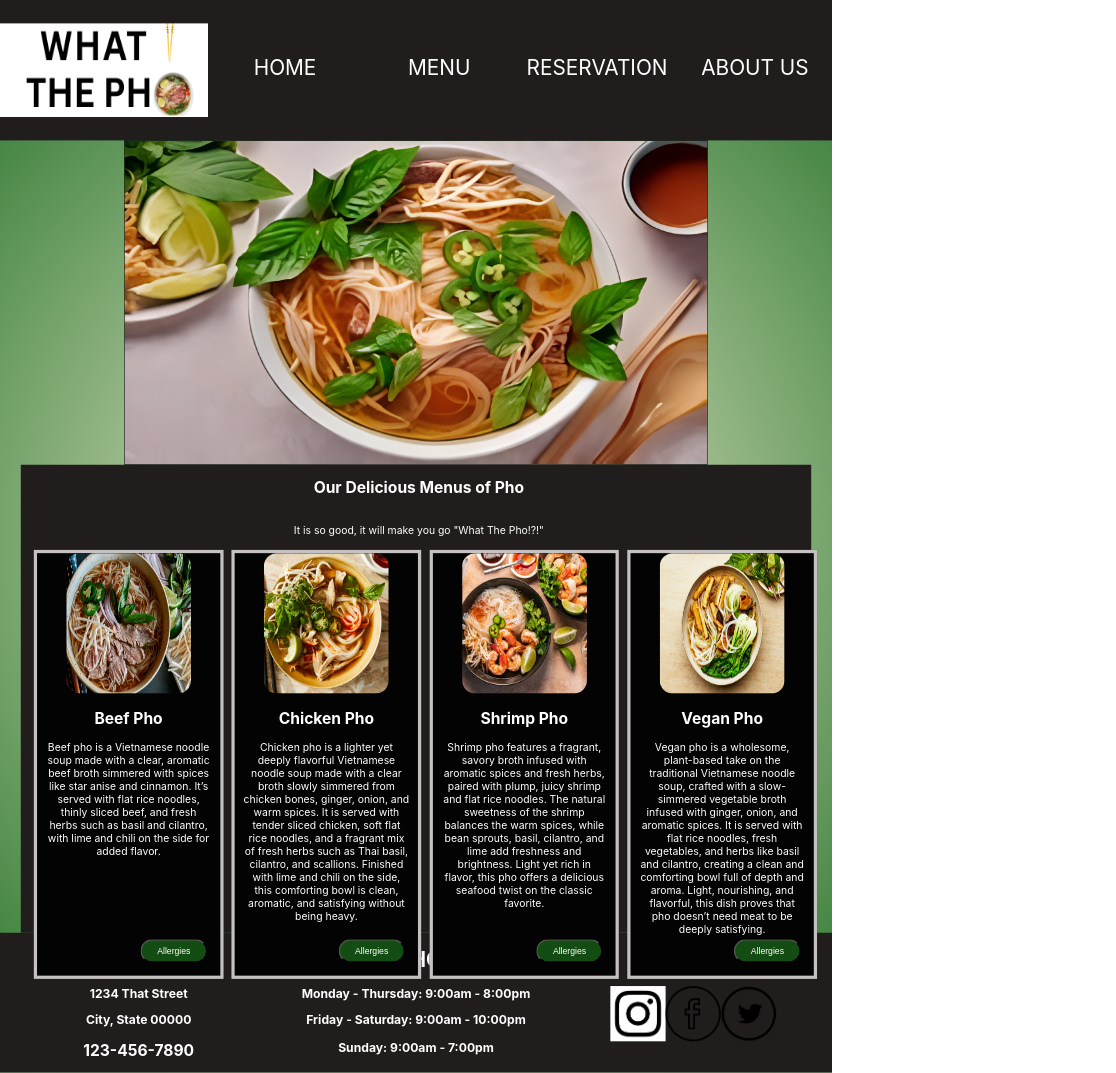
Repository: NguyenkhDang/Restaurant-Website
Page: /
The author's editor kept a copy of each file at every save. The page is drawn from the files as they stood at one save, then again after the next save.
The browser window is 1280 px wide. The page is 1280 px wide, then 1717 px, so the pictures cover 1717 px, including what lies to the right of the window. The pictures show the whole page, at 65% of full size.
The project was rebuilt for these pictures with package versions that can differ from the ones it lists, and the page was loaded fresh each time.

Above is the page before, as saved 2026-01-16 17:48:00.

### src/App.js
import BackgroundImage from "./image/pho.jpg"
import BeefPho from "./image/beefPho.png"
import ChickenPho from "./image/chickenPho.jpg"
import ShrimpPho from "./image/shrimpPho.png"
import VeganPho from "./image/veganPho.jpg"
import './App.css';
import NavigationBar from './NavigationBar';
import Footer from "./Footer"

import ReadMore from "./Readmore"
function App() {


  return (
    <div className="home">
      <NavigationBar />
      <img
        src={BackgroundImage}
        style={{maxWidth: "70vw", height: "auto", border: "1px solid black"}}
        alt="Pho Photo"
        />


      <div className="menu">
        <h2>Our Delicious Menus of Pho</h2>
        <p>It is so good, it will make you go "What The Pho!?!"</p>
        <div className="foodContainer">
          <div>
            <ReadMore
            image={BeefPho}
            title="Beef Pho"
            description="Beef pho is a Vietnamese noodle soup made with a clear, aromatic beef broth simmered with spices like star anise and cinnamon. It’s served with flat rice noodles, thinly sliced beef, and fresh herbs such as basil and cilantro, with lime and chili on the side for added flavor."
            allergies={[
              "Soy: hoisin sauce, soy sauce",
              "Fish: fish sauce",
              "Gluten: possible in sauces",
              "Shellfish: may be present",
              "Spices: star anise, cinnamon, cloves"
            ]}
          />

          </div>
          <div>
            <ReadMore
            image={ChickenPho}
            title="Chicken Pho"
            description="Chicken pho is a lighter yet deeply flavorful Vietnamese noodle soup made with a clear broth slowly simmered from chicken bones, ginger, onion, and warm spices. It is served with tender sliced chicken, soft flat rice noodles, and a fragrant mix of fresh herbs such as Thai basil, cilantro, and scallions. Finished with lime and chili on the side, this comforting bowl is clean, aromatic, and satisfying without being heavy."
            allergies={[
              "Soy: sauces",
              "Fish: fish sauce",
              "Spices: ginger, coriander"
            ]}
          />
          </div>
          <div>
            <ReadMore
            image={ShrimpPho}
            title="Shrimp Pho"
            description="Shrimp pho features a fragrant, savory broth infused with aromatic spices and fresh herbs, paired with plump, juicy shrimp and flat rice noodles. The natural sweetness of the shrimp balances the warm spices, while bean sprouts, basil, cilantro, and lime add freshness and brightness. Light yet rich in flavor, this pho offers a delicious seafood twist on the classic favorite."
            allergies={[
              "Shellfish: shrimp",
              "Fish: fish sauce",
              "Soy: sauces"
            ]}
          />
          </div>
          <div>
            <ReadMore
            image={VeganPho}
            title="Vegan Pho"
            description="Vegan pho is a wholesome, plant-based take on the traditional Vietnamese noodle soup, crafted with a slow-simmered vegetable broth infused with ginger, onion, and aromatic spices. It is served with flat rice noodles, fresh vegetables, and herbs like basil and cilantro, creating a clean and comforting bowl full of depth and aroma. Light, nourishing, and flavorful, this dish proves that pho doesn’t need meat to be deeply satisfying."
            allergies={[
              "Soy: tofu, sauces",
              "Gluten: possible in sauces"
            ]}
          />
          </div>
        </div>
      </div>

      <Footer />
  </div>
);
}

export default App;

### src/App.css
html{
  -ms-overflow-style: none;  /* IE and Edge */
  scrollbar-width: none;
}

.home {
  display: grid;
  margin: 0;
  padding: 0;

  background: radial-gradient(
    circle,
    rgba(245, 240, 213, 1) 0%,
    rgba(38, 115, 42, 1) 100%
  );
  place-items: center;
  text-align: center;
  color: white;
}

.menu {
  display: grid;
  grid-template-rows: repeat(3, 1fr);
  place-items: center;
  gap: 5px;

  width: 95vw;
  height: 100vh;
  margin: 0 2vw;

  background-color: rgb(34, 29, 29);
}

.foodContainer {
  display: grid;
  grid-template-columns: repeat(4, 1fr);
  place-items: center;
  height: auto;
  gap: 1vw;
  padding: 0;
  margin-left: 20px;
}


#label{
  font-weight: bolder;
  font-size: 1.25em;
}
html::-webkit-scrollbar {
  display: none;
}

### src/NavigationBar.js
import "./CSS/NavigationBar.css"
import Logo from "./image/CustomLogo2.png"
const NavigationBar = () =>{



  return (
    <div className="navbar">
      <div className="logoImage">
        <img src= {Logo} />
      </div>
      <div className="wholeNavBar">
        <ul>
          <li>
            <a>HOME</a>
          </li>
          <li>
            <a>MENU</a>
          </li>
          <li>
            <a>RESERVATION</a>
          </li>
          <li>
            <a>ABOUT US</a>
          </li>
        </ul>

      </div>
    </div>
  )


}

export default NavigationBar

### src/Footer.js
import "./CSS/Footer.css"
import InstagramIcon from "./image/instagramIcon.png"
import FacebookIcon from "./image/facebookIcon.png"
import TwitterIcon from "./image/twitterIcon.png"
const Footer = () =>{

  return(
    <div className="footer">
      <div>
        <h1>VISIT US:</h1>
        <h3>1234 That Street</h3>
        <h3>City, State 00000</h3>

        <h2>123-456-7890</h2>
      </div>
      <div>
        <h1>OPEN HOURS</h1>
        <h3>Monday - Thursday: 9:00am - 8:00pm</h3>
        <h3>Friday - Saturday: 9:00am - 10:00pm</h3>
        <h3>Sunday: 9:00am - 7:00pm</h3>
      </div>
      <div>
        <h1>SOCIAL</h1>
        <a href="https://www.instagram.com/" target="_blank"><img src={InstagramIcon}/></a>
        <a href="https://www.facebook.com/" target="_blank"><img src={FacebookIcon}/></a>
        <a href="https://x.com/" target="_blank"><img src={TwitterIcon}/></a>
      </div>

    </div>
  )

}

export default Footer

### src/Readmore.js
import { useState } from "react";
import "./CSS/Readmore.css"
function ReadMore({ image, title, description, allergies }) {
  const [showMore, setShowMore] = useState(false);

  return (
    <div className={`descriptionContainer ${showMore ? "isExpand ": ""}`}>
      <img src={image} style={{ width: "15vw", height: "30vh" }} alt={title} />

      <h2>{title}</h2>

      <p>
        {description}

        {showMore && (
          <ul className="list">
            {allergies.map((item, index) => (
              <li key={index}>{item}</li>
            ))}
          </ul>
        )}
      </p>

      <button onClick={() => setShowMore(!showMore)}>
        {showMore ? "Close" : "Allergies"}
      </button>
    </div>
  );
}
export default ReadMore;

### src/CSS/NavigationBar.css
.navbar{
  background-color: rgb(34, 29, 29);
  display: grid;
  grid-template-columns: 25% 75%;
  width: 100vw;
  height: 25vh;
  padding-top: 5vh;
}
.wholeMavBar{
  float: right;
  height: 10vh;
}

.logoImage img{
  height: 20vh;
  width: 25vw;
  object-fit: fill;
  object-position: center;
}

ul{
  align-items: center;
  list-style-type: none;
  display: grid;
  place-items: center;
  grid-template-columns: 1fr 1fr 1fr 1fr;
  margin-top: 5%;
  padding: 0;
}
li a{
  font-size: 2em;
  text-align: center;
  padding: 14px 16px;
}

li a:hover{
  background-color: #c5b1b1;
}

### src/CSS/Footer.css
.footer{
  background-color: rgb(34, 29, 29);
  display: grid;
  grid-template-columns: repeat(3, 1fr);
  width: 100vw;
}

.footer img{
  width: 20%;
}

### src/CSS/Readmore.css
.descriptionContainer{
  display: block;
  width: 20vw;
  height: auto;
  min-height: 650px;
  padding-top: 2.5vh;
  position: relative;
  overflow: hidden;
  transition: all 0.5s ease-in-out;
  background-color: rgb(3, 3, 3);
  border: 5px solid rgb(197, 193, 193);
  padding: 0 1vw;
  margin-bottom: 50px ;
}
.descriptionContainer.isExpand{
  min-height: 720px;
}
.descriptionContainer img{
  width: 20%;
  height: 20%;
  border-radius: 20px;
}
.list{
  display: grid;
  grid-template-columns: repeat(1, 1fr);
}
.list li{
  height: auto;
  width: 70%;
}

button{
  background-color: rgb(19, 77, 19);
  position: absolute;
  bottom: 20px;
  right: 20px;
  height: 5vh;
  width: 8vw;
  border-radius: 50px ;
  color: white
}

Loaded but not shown: public/index.html (common file); src/index.js (common file); src/index.css (common file); src/reportWebVitals.js (common file)

After the next save:
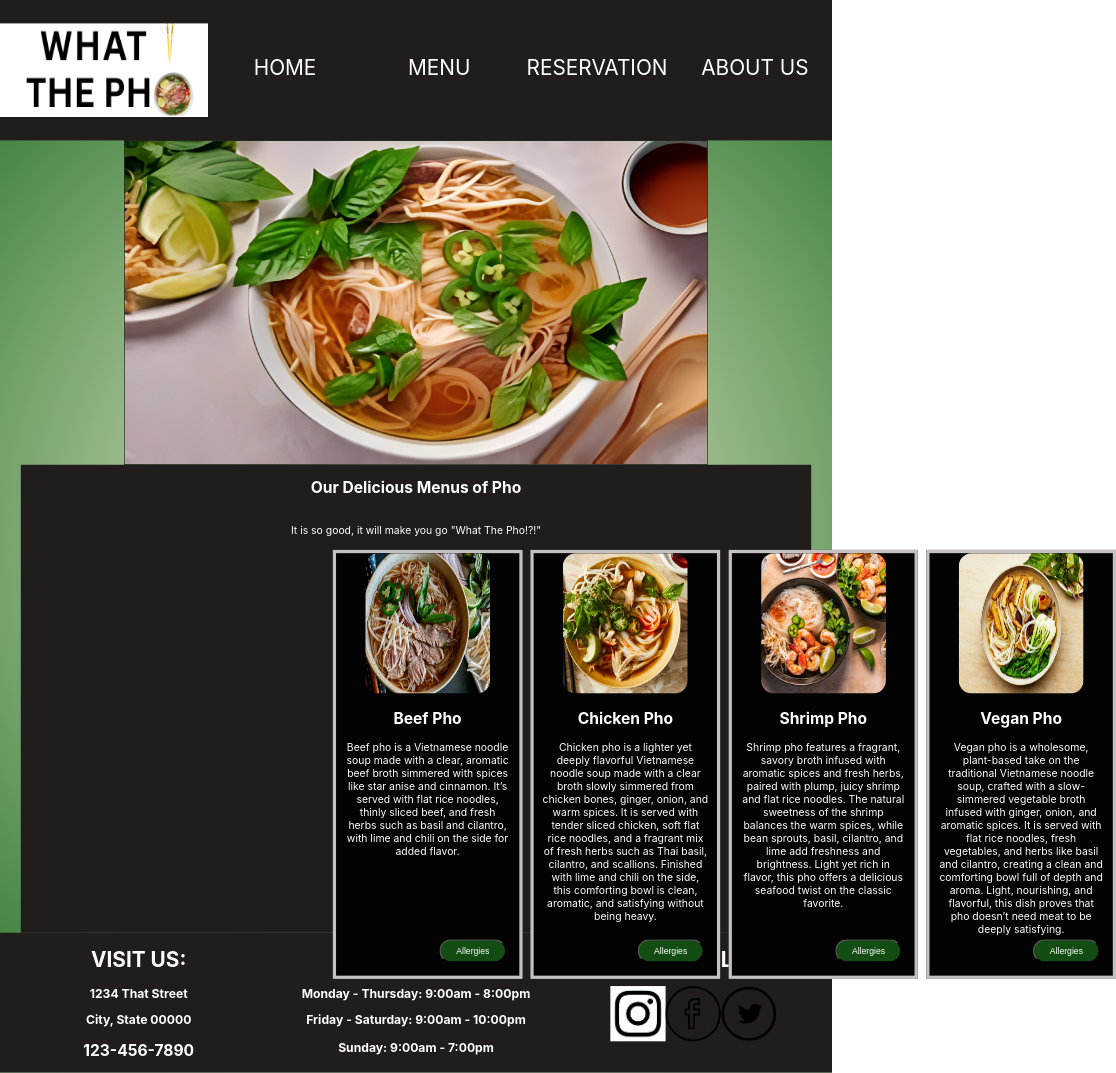
Saved 9 s later.
--- a/src/App.css
+++ b/src/App.css
@@ -38,7 +38,7 @@ html{
   height: auto;
   gap: 1vw;
   padding: 0;
-  margin-left: 20px;
+  width: 20vw;
 }
 
 
